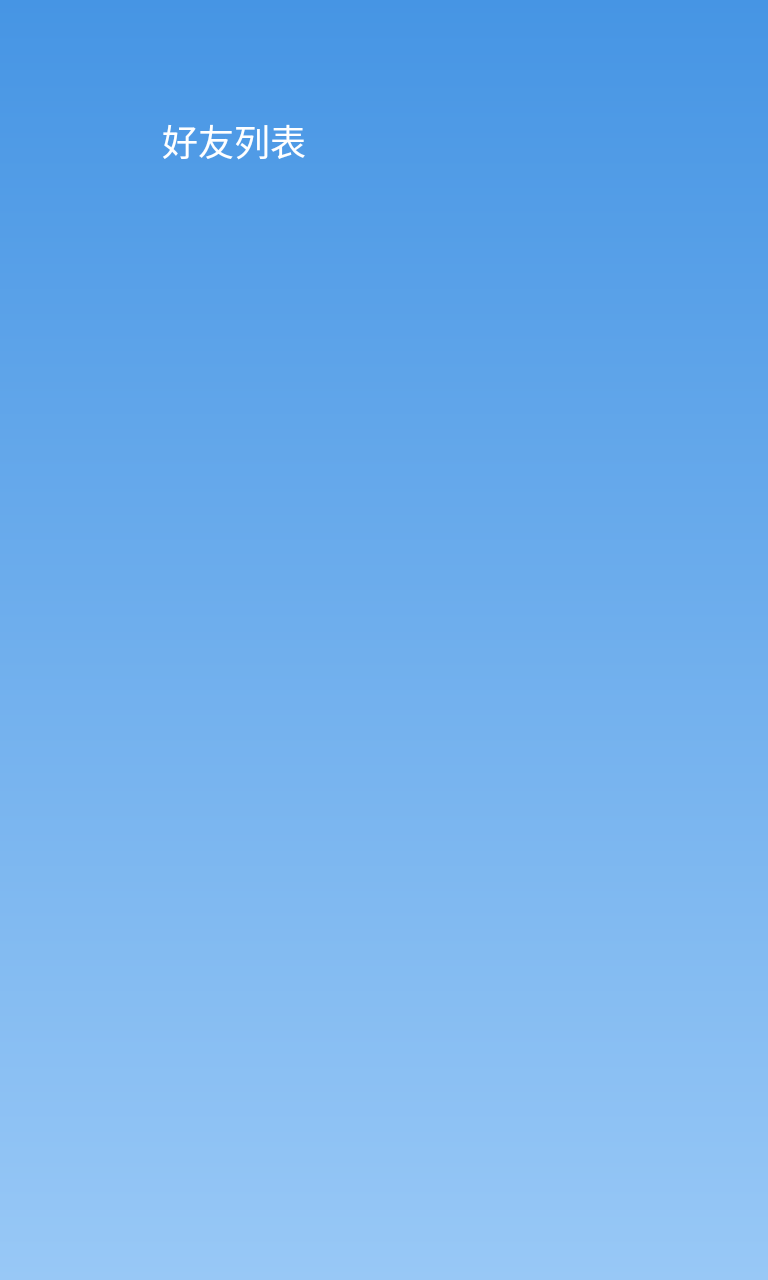
Repository: yjhcjykwbk-jlsec/experiment
Layout: client/CampusClient/res/layout/activity_contact.xml
These files come from the project's save history. The layout is drawn as it stood at one moment and after the next save; the edit follows.
It is drawn on a 768 x 1280 px phone screen (xhdpi) without system bars, with theme android:Theme; the app's code is not run. Lists and similar views that code fills are empty.

Above is the layout before, as saved 2014-03-19 10:58:09.

After the next save:
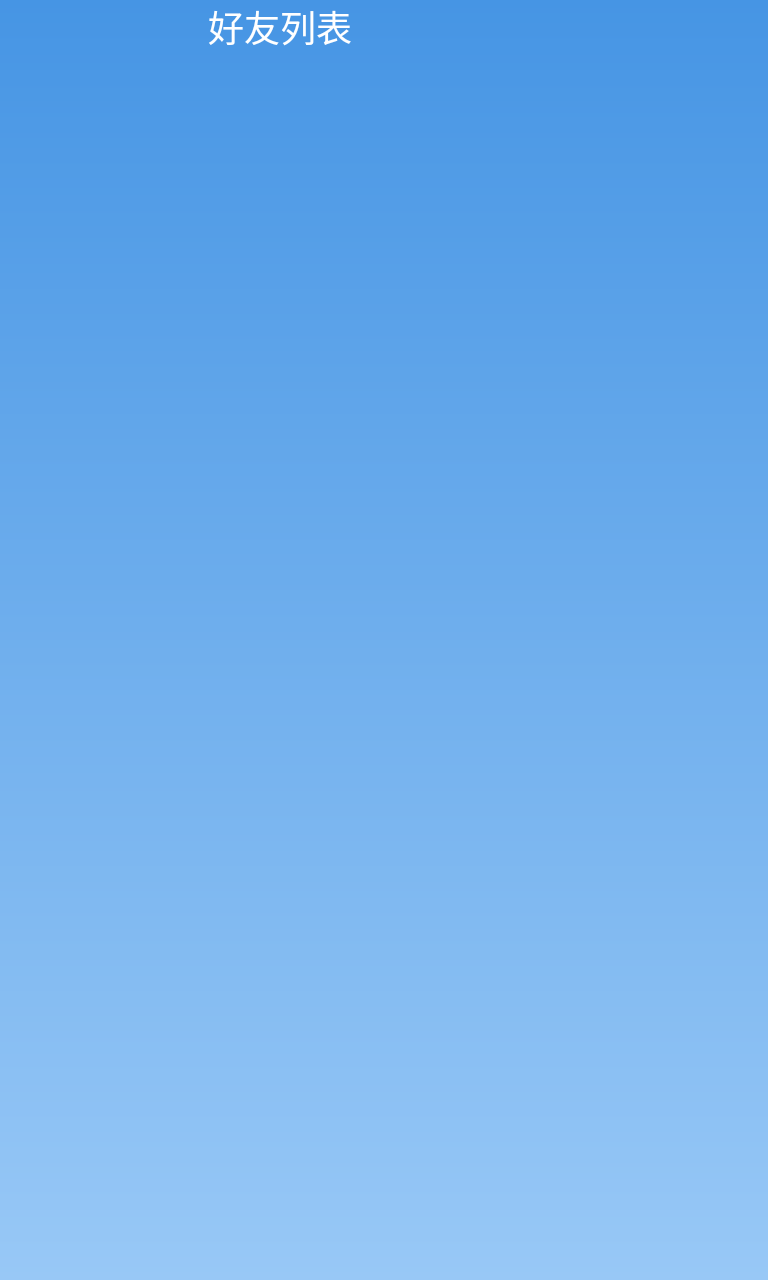
Saved 19 s later.
--- a/client/CampusClient/res/layout/activity_contact.xml
+++ b/client/CampusClient/res/layout/activity_contact.xml
@@ -9,20 +9,23 @@
 	     android:layout_below="@+id/textView1"
 	     android:layout_marginTop="57dp"
 	     android:orientation="vertical" >
-		<TextView
-		     android:id="@+id/textView1"
-		     android:layout_width="wrap_content"
-		     android:layout_height="wrap_content"
-		     android:layout_alignParentLeft="true"
-		     android:layout_alignParentTop="true"
-		     android:layout_marginLeft="81dp"
-		     android:text="好友列表"
-		     android:textAppearance="?android:attr/textAppearanceMedium" />
+
 	   	<ListView
-	        android:id="@+id/ContactListView"
-	        android:layout_width="wrap_content"
-	        android:layout_height="wrap_content"
-	        android:dividerHeight="5dp" >
+	   	    android:id="@+id/ContactListView"
+	   	    android:layout_width="wrap_content"
+	   	    android:layout_height="461dp"
+	   	    android:dividerHeight="5dp" >
 	    </ListView>
   </LinearLayout>
+
+	<TextView
+	    android:id="@+id/textView1"
+	    android:layout_width="wrap_content"
+	    android:layout_height="wrap_content"
+	    android:layout_alignParentLeft="true"
+	    android:layout_alignParentTop="true"
+	    android:layout_marginLeft="104dp"
+	    android:text="好友列表"
+	    android:textAppearance="?android:attr/textAppearanceMedium" />
+
 </RelativeLayout>
